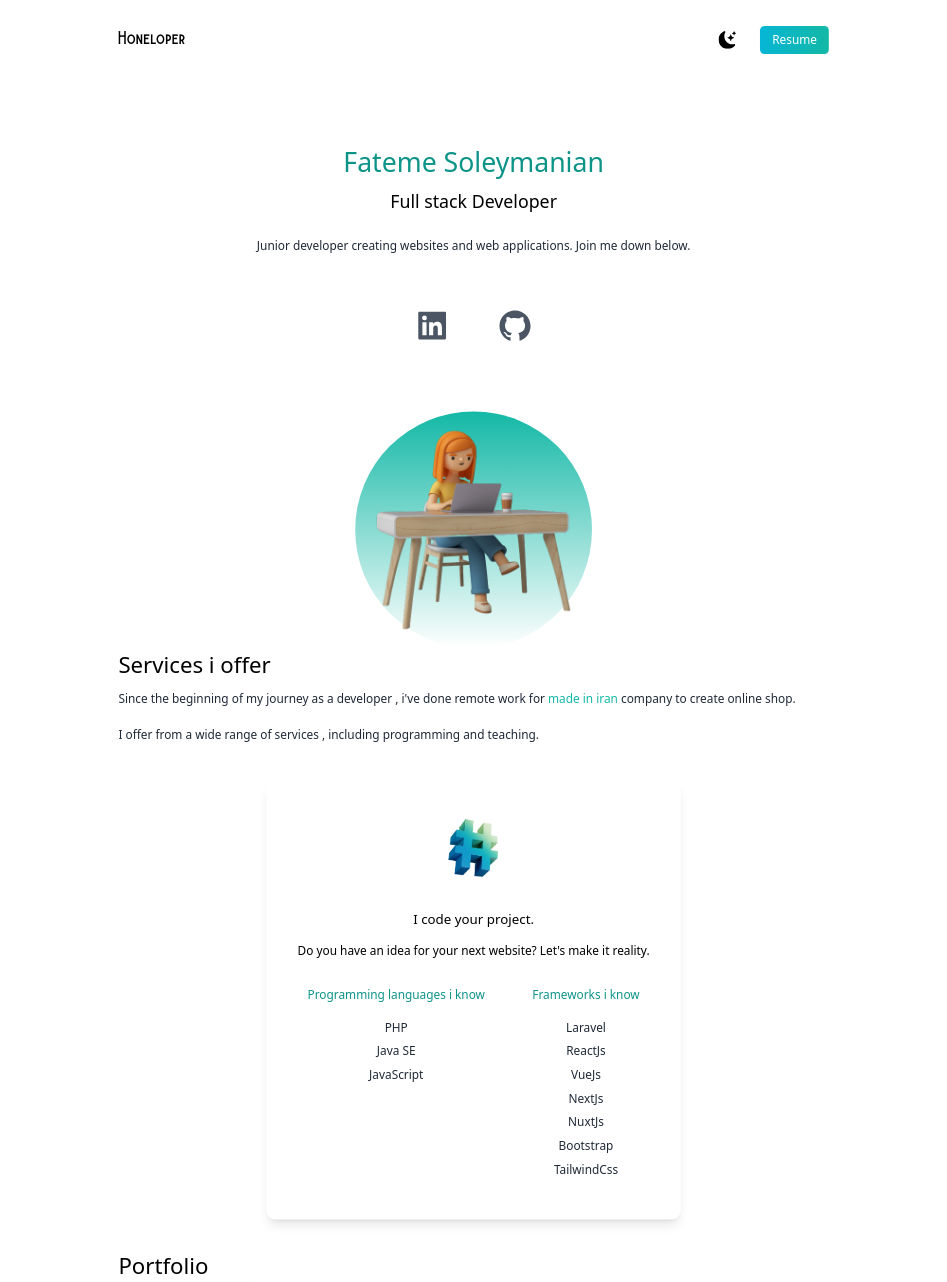
Repository: fatemesoleymanian/portfolio
Page: /
The author's editor kept a copy of each file at every save. The page is drawn from the files as they stood at one save, then again after the next save.
The browser window is 1280 px wide. The pictures show the whole page, at 74% of full size.
The project was rebuilt for these pictures with package versions that can differ from the ones it lists, and the page was loaded fresh each time. The framework's server and built-in components were replaced by stand-ins that run in the browser. Also part of the build but not shown: next.config.js.

Above is the page before, as saved 2023-03-10 16:20:37.

After the next save:
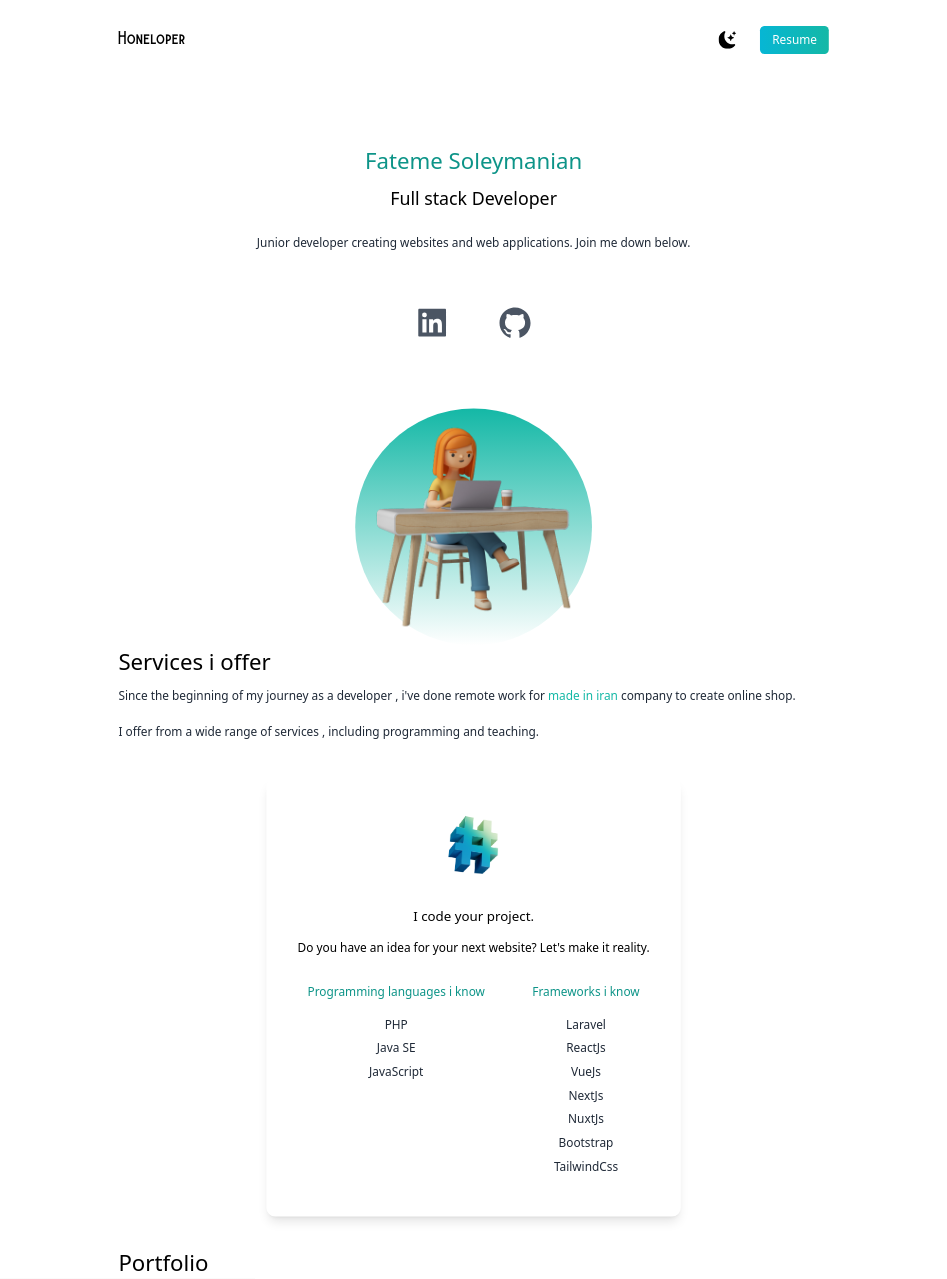
Saved 105 s later.
--- a/pages/index.js
+++ b/pages/index.js
@@ -28,7 +28,7 @@
             </ul>
           </nav>
           <div className='text-center p-9'>
-            <h2 className='text-4xl py-2 text-teal-600 font-medium'>
+            <h2 className='text-3xl py-2 text-teal-600 font-medium'>
               Fateme Soleymanian</h2>
             <h3 className='text-2xl py-2'>Full stack Developer</h3>
             <p className='text-md py-5 leading-8 text-gray-800'>

After the save that followed:
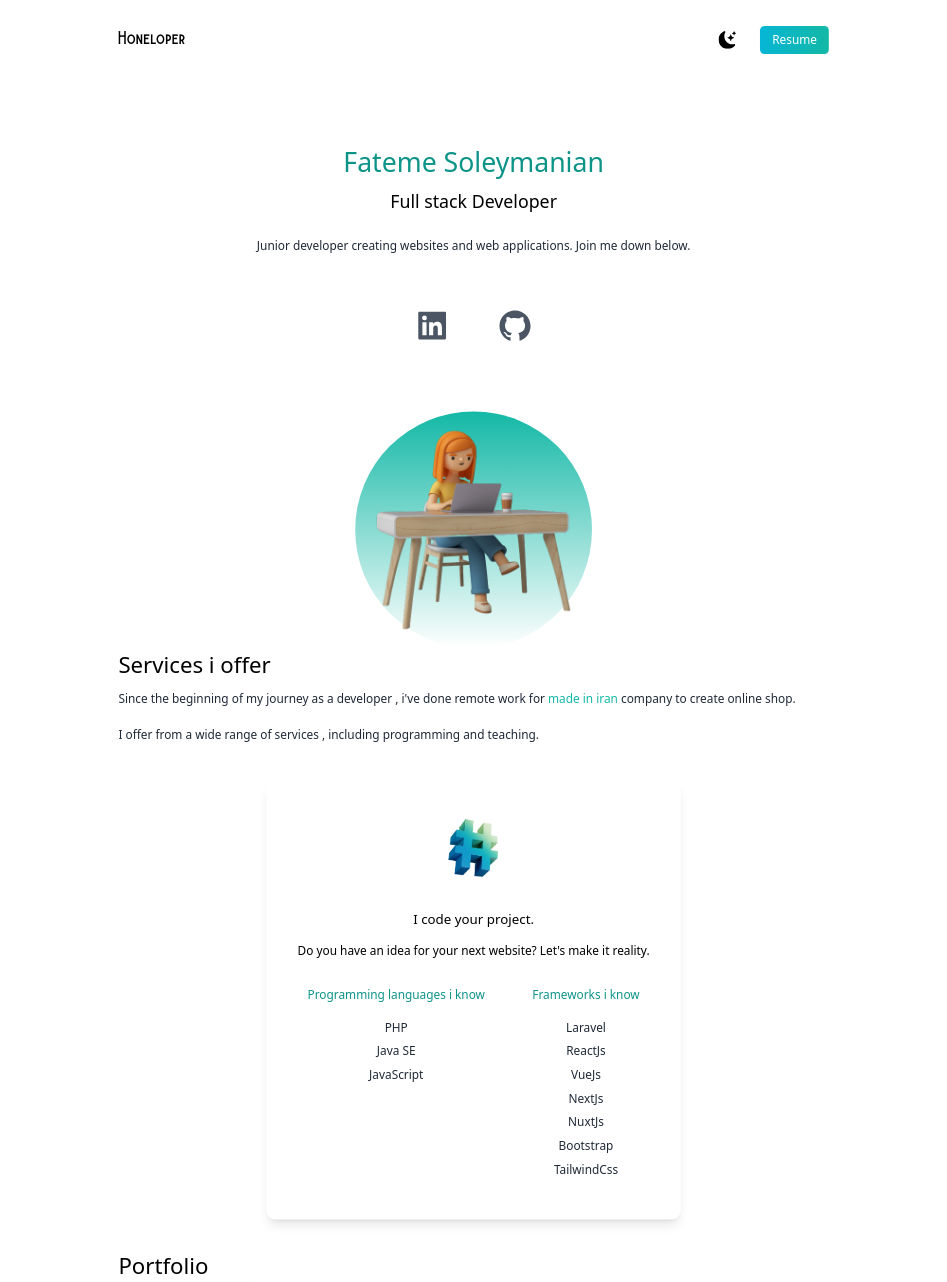
Saved 15 s later.
--- a/pages/index.js
+++ b/pages/index.js
@@ -28,7 +28,7 @@
             </ul>
           </nav>
           <div className='text-center p-9'>
-            <h2 className='text-3xl py-2 text-teal-600 font-medium'>
+            <h2 className='text-3xl md:text-4xl py-2 text-teal-600 font-medium'>
               Fateme Soleymanian</h2>
             <h3 className='text-2xl py-2'>Full stack Developer</h3>
             <p className='text-md py-5 leading-8 text-gray-800'>
